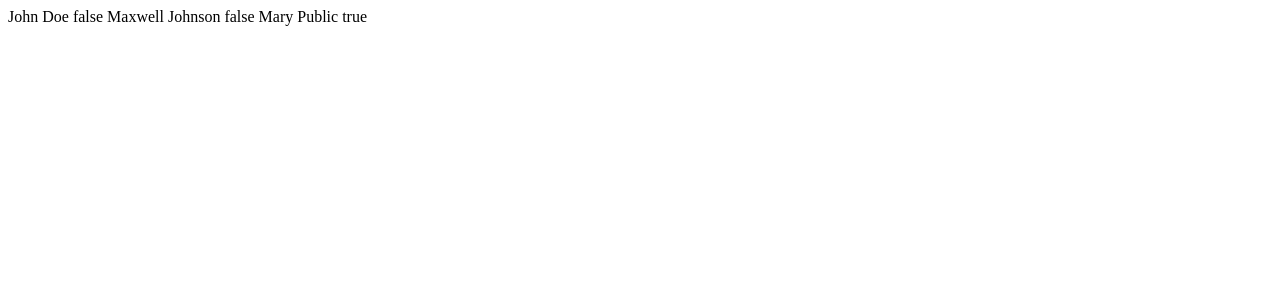
Repository: mohdsalman1994/JspServletProjects
Page: http://localhost/tagdemo/foreach-student-test.jsp
These files come from the project's save history. The page is drawn as it stood at one moment and after the next save; the edit follows.
The browser window is 1280 px wide. The pictures show the whole page.
The page is served by Tomcat 9.

Above is the page before, as saved 2017-08-04 10:14:15.

After the next save:
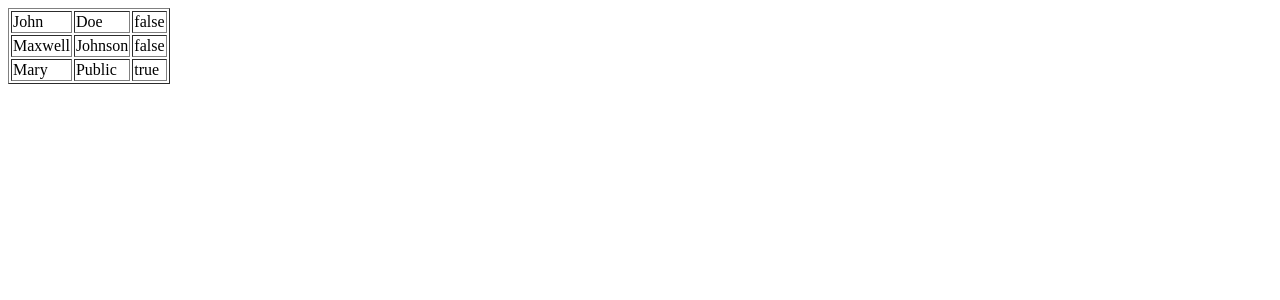
Saved 62 s later.
--- a/tagdemo/WebContent/foreach-student-test.jsp
+++ b/tagdemo/WebContent/foreach-student-test.jsp
@@ -22,6 +22,7 @@
 
 	%>
 
+	<table border="1">
 	<c:forEach var="student" items="${studentList}">
 	<tr>
 		<td>${student.firstName}</td>
@@ -31,5 +32,7 @@
 
 	</c:forEach>
 
+	</table>
+
 </body>
 </html>
